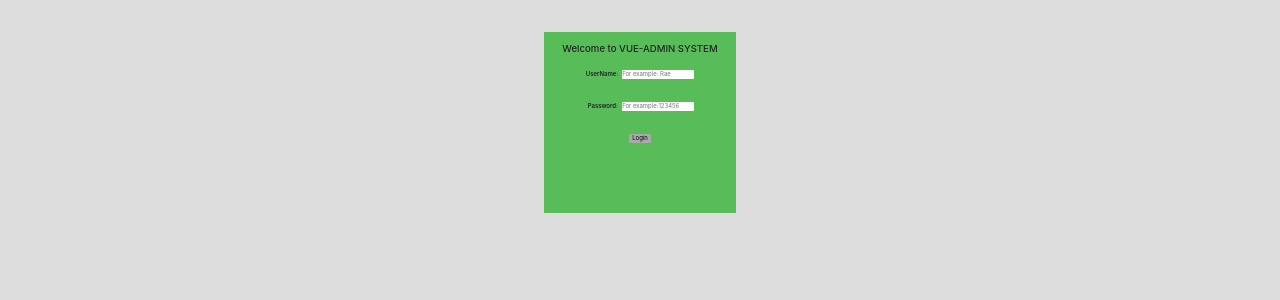
Repository: gzh51904/baiyangApp
Page: / (app in houtai/Vue-admin/)
The author's editor kept a copy of each file at every save. The page is drawn from the files as they stood at one save, then again after the next save.
The browser window is 1280 px wide. The pictures show the whole page.
The project was rebuilt for these pictures with package versions that can differ from the ones it lists, and the page was loaded fresh each time. Also part of the build but not shown: houtai/Vue-admin/vue.config.js.

Above is the page before, as saved 2019-05-11 16:30:38.

After the next save:
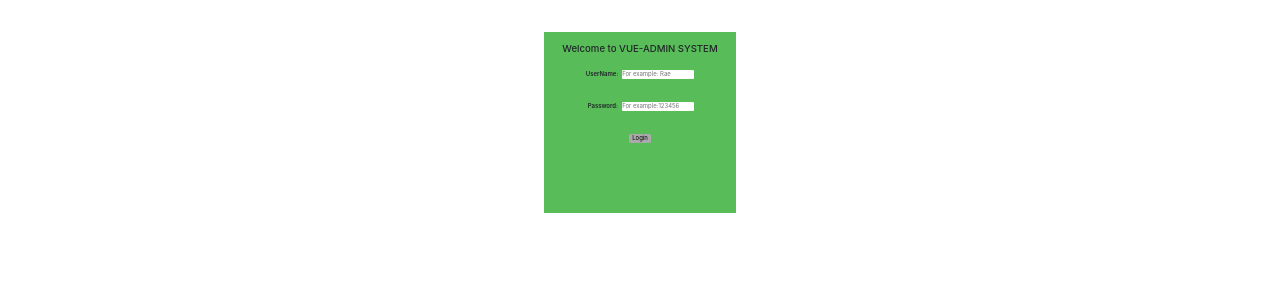
Saved 15 s later.
--- a/houtai/Vue-admin/src/App.vue
+++ b/houtai/Vue-admin/src/App.vue
@@ -17,7 +17,6 @@ export default {
 #app{
   height:100%;
   width:100%;
-  background-color: #ddd;
   overflow:hidden;
 }
 </style>
